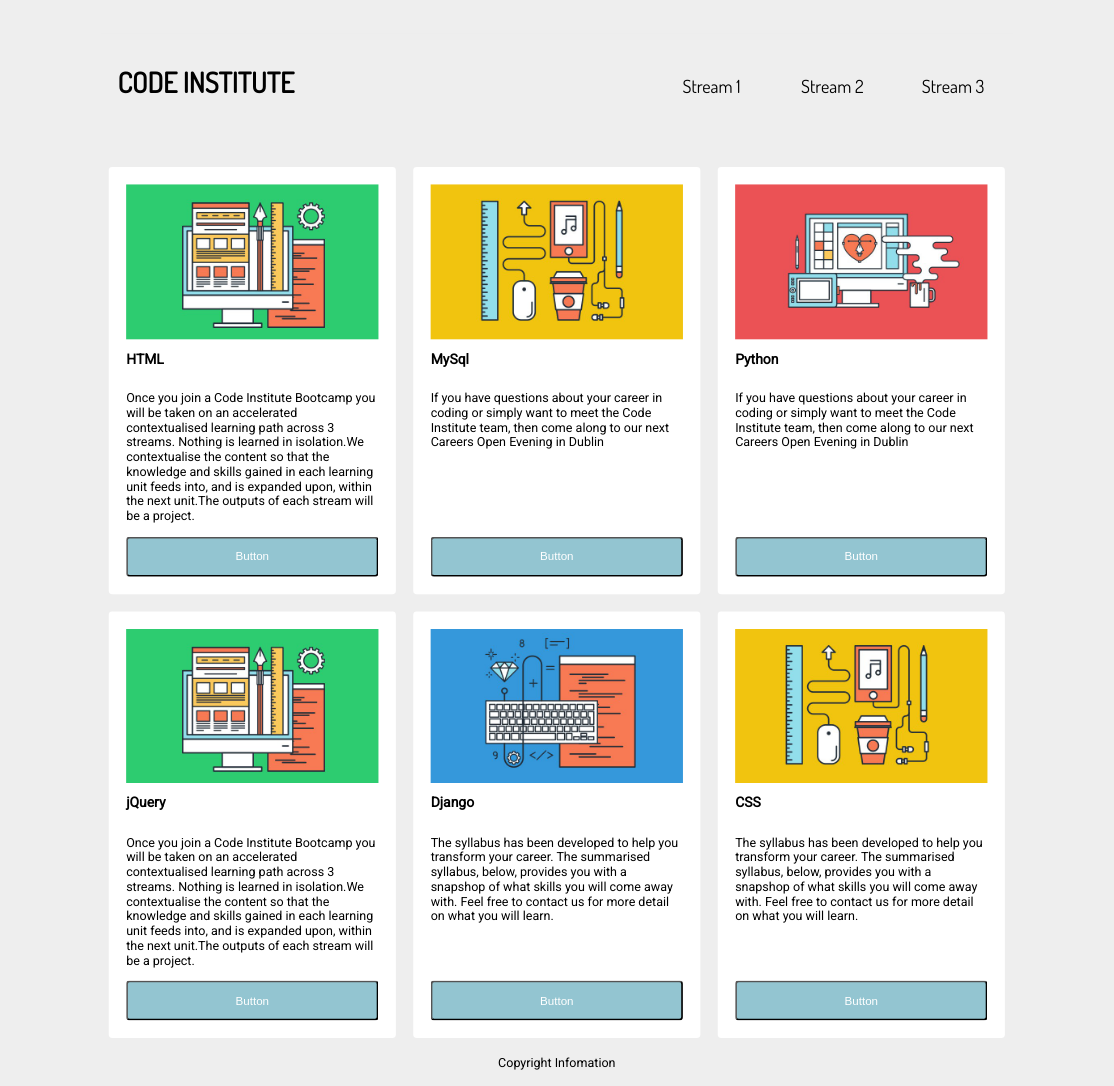
Repository: laurence100795/JQuery-Basics
Page: cards.html
The author's editor kept a record of every edit. The page is drawn from the files as they stood at one moment, then again after the next edit.
The browser window is 1280 px wide. The pictures show the whole page, at 87% of full size.
Some web libraries are served in a nearby version.

Above is the page before.

### cards.html
<!DOCTYPE html>
<html lang="en">

<head>
	<meta charset="UTF-8">
	<meta name="viewport" content="width=device-width, initial-scale=1">
	<title>jQuery</title>
	<link href="style.css" rel="stylesheet">
	<link href='https://fonts.googleapis.com/css?family=Roboto' rel='stylesheet' type='text/css'>
	<link href='https://fonts.googleapis.com/css?family=Dosis' rel='stylesheet' type='text/css'>
</head>

<body>
	<div id="container">
		<nav>
			<ul>
				<li id="logoNav">CODE INSTITUTE</li>
				<li id="stream1" class="stream-nav">Stream 1</li>
				<li id="stream2" class="stream-nav">Stream 2</li>
				<li id="stream3" class="stream-nav">Stream 3</li>
			</ul>
		</nav>
		<div class="card stream1-card">
			<img class="card_image" src="img/3.png" alt="coding icon">
			<div class="card_bottom">
				<h2 id="hl_html" class="card_head">HTML</h2>
				<p class="card_para">Once you join a Code Institute Bootcamp you will be taken on an accelerated contextualised learning path across 3 streams. Nothing is learned in isolation.We contextualise the content so that the knowledge and skills gained in each learning unit feeds
					into, and is expanded upon, within the next unit.The outputs of each stream will be a project. </p>
				<button id="first_button" class="bottom_button">Button</button>
			</div>
		</div>
		<div class="card stream3-card">
			<img class="card_image" src="img/1.png" alt="coding icon">
			<h2 id="hl_mysql" class="card_head">MySql</h2>
			<p id="second_para"class="card_para">If you have questions about your career in coding or simply want to meet the Code Institute team, then come along to our next Careers Open Evening in Dublin</p>
			<button id="second_button" class="bottom_button">Button</button>
		</div>

		<div class="card stream2-card">
			<img class="card_image" src="img/2.png" alt="coding icon">
			<h2 id="hl_python" class="card_head">Python</h2>
			<p id="third_para" class="card_para">If you have questions about your career in coding or simply want to meet the Code Institute team, then come along to our next Careers Open Evening in Dublin</p>
			<button id="third_button" class="bottom_button">Button</button>
		</div>
		<div class="card stream1-card">
			<img class="card_image" src="img/3.png" alt="coding icon">
			<div class="card_bottom">
				<h2 id="hl_jquery" class="card_head">jQuery</h2>
				<p id="fourth_para"class="card_para">Once you join a Code Institute Bootcamp you will be taken on an accelerated contextualised learning path across 3 streams. Nothing is learned in isolation.We contextualise the content so that the knowledge and skills gained in each learning unit feeds
					into, and is expanded upon, within the next unit.The outputs of each stream will be a project. </p>
				<button id="fourth_button" class="bottom_button">Button</button>
			</div>
		</div>
		<div class="card stream3-card">
			<img class="card_image" src="img/4.png" alt="coding icon">
			<h2 id="hl_django" class="card_head">Django</h2>
			<p class="card_para">The syllabus has been developed to help you transform your career. The summarised syllabus, below, provides you with a snapshop of what skills you will come away with. Feel free to contact us for more detail on what you will learn.</p>
			<button href="" class="bottom_button">Button</button>
		</div>
		<div class="card stream1-card">
			<img class="card_image" src="img/1.png" alt="coding icon">
			<h2 id="hl_css" class="card_head">CSS</h2>
			<p class="card_para">The syllabus has been developed to help you transform your career. The summarised syllabus, below, provides you with a snapshop of what skills you will come away with. Feel free to contact us for more detail on what you will learn.</p>
			<button href="" class="bottom_button">Button</button>
		</div>
		<div id="my_footer">
			<p id="copyright">Copyright Infomation</p>
		</div>
	</div>
	<script src="https://code.jquery.com/jquery-3.2.1.js" integrity="sha256-DZAnKJ/6XZ9si04Hgrsxu/8s717jcIzLy3oi35EouyE=" crossorigin="anonymous"></script>
	<script src="script.js"></script>
	<!-- Scripts located at the bottom of the body to insure page is fully loaded before execution -->

</body>

</html>

### style.css
body {
	font-family: 'Roboto', sans-serif;
	/*background-image: url(img/code-institute.jpg);
 	background-size: cover;
 	color: #ffffff;*/
 	background-color: #eee;
}

h1{
	font-size: 3em;
	text-align: center;
}

h2 {
	font-size: 1em;
	text-align: left;
}

p {
	font-size: .9rem;
}

div {
	border-radius: 4px;
}

.card_image {
	width: 100%;
}

.bottom_button {
	display: flex;
	box-sizing:border-box;
	border-radius: 4px;
	display: block;
	width: 100%;
	background-color:rgba(129, 187, 201,.85);
	text-align: center;
	padding: 1em .75em;
	text-decoration: none;
	color: #fff;
}

.card_bottom {
	display: flex;
	flex-flow:column;
}

.card_head {
	flex:0;
}

.card_para {
	flex:1 0 auto;
}

#container {
	display: flex;		/* makes container a flexbox*/
	flex-flow: row wrap; 	/* layout the boxes in rows and wrap them*/
	box-sizing:border-box;
	margin-right:auto;
	margin-left:auto;
	max-width:1050px;
}

#logo {
	width: 800px;
	margin: auto;
}

.card {
	flex:1; /* */
	display: flex;	/* make the contents controllable by flexbox*/
	flex-flow:column;	/* */
	min-width: 240px; /**/
	margin: 10px;
	padding: 20px;
	background-color: #fff;
}

.highlight_stream {
	background-color: #EB5255;
}

.highlight_blue {
	color: lightblue;
}

.background_black{
	color: black;
}
#my_footer {
	width:100%;
	text-align: center;
}

#copyright {
	margin-top:10px;
	margin-bottom:10px;
}

/*************************
Navigation
**************************/

nav {
	font-family: roboto;
	background-color: #eee;
	margin: 30px auto;
	width: 100%;
}

ul {
	display: flex;
	justify-content:space-between;
	flex-flow: row;
	/*flex-flow: row-reverse;*/
	/*justify-content:flex-end;*/
	/*justify-content:space-around;*/
	/*align-items:flex-start;*/
	align-items:baseline;
	border-radius: 10px;
	list-style-type: none; /*Remove Bullets*/
	padding: 0;
}

li {
	flex:1;
	height: 30px;
	/*width:10%;*/
	/*border:2px solid #000;*/
	/*background-color: #81BBC9;*/
	/*border-radius: 10px;*/
	font-family: Dosis;
	padding:20px 20px 20px 20px;
	text-align: center;
	font-size: 1.3em;
}

#logoNav {
	flex:6;
	text-align: left;
	font-size: 2em;
	font-weight: bold;
}

.underline {
    text-decoration:underline;
}

.border {
    border: solid 5px #ccc;
}

@media screen and (max-width: 700px) {
	ul {
		flex-flow: column;
		align-items:center;
    }

	li {
		font-size: 2em;
	}
}

### script.js
$(document).ready(function() {
    /*$("#stream1_btn").mouseenter(function() {
        $(".stream1").removeClass('highlight_stream');
        $(".stream2").removeClass('highlight_stream');
        $(".stream3").removeClass('highlight_stream');
        $(".stream1").addClass('highlight_stream');
    });
    $("#stream2_btn").click(function() {
        $(".stream1").removeClass('highlight_stream');
        $(".stream2").removeClass('highlight_stream');
        $(".stream3").removeClass('highlight_stream');
        $(".stream2").addClass('highlight_stream');
    });
    $("#stream3_btn").on("click", function() {
        $(".stream1").removeClass('highlight_stream');
        $(".stream2").removeClass('highlight_stream');
        $(".stream3").removeClass('highlight_stream');
        $(".stream3").addClass('highlight_stream');
    });*/
    $("p").mouseenter(function() {
        $(".card_para").addClass("highlight_stream")
    });
    $("p").mouseleave(function() {
        $(".card_para").removeClass("highlight_stream")
    });
    $("#hl_html").hover(function() {
        $("#hl_mysql").removeClass("highlight_blue")
        $("#hl_python").removeClass("highlight_blue")
        $("#hl_css").removeClass("highlight_blue")
        $("#hl_django").removeClass("highlight_blue")
        $("#hl_jquery").removeClass("highlight_blue")
        $("#hl_html").addClass("highlight_blue")
    });
    $("#hl_mysql").hover(function() {
        $("#hl_html").removeClass("highlight_blue")
        $("#hl_python").removeClass("highlight_blue")
        $("#hl_css").removeClass("highlight_blue")
        $("#hl_django").removeClass("highlight_blue")
        $("#hl_jquery").removeClass("highlight_blue")
        $("#hl_mysql").addClass("highlight_blue")
    });
    $("#hl_python").hover(function() {
        $("#hl_html").removeClass("highlight_blue")
        $("#hl_mysql").removeClass("highlight_blue")
        $("#hl_css").removeClass("highlight_blue")
        $("#hl_django").removeClass("highlight_blue")
        $("#hl_jquery").removeClass("highlight_blue")
        $("#hl_python").addClass("highlight_blue")
    });
    $("#hl_css").hover(function() {
        $("#hl_html").removeClass("highlight_blue")
        $("#hl_mysql").removeClass("highlight_blue")
        $("#hl_python").removeClass("highlight_blue")
        $("#hl_django").removeClass("highlight_blue")
        $("#hl_jquery").removeClass("highlight_blue")
        $("#hl_css").addClass("highlight_blue")
    });
    $("#hl_django").hover(function() {
        $("#hl_html").removeClass("highlight_blue")
        $("#hl_mysql").removeClass("highlight_blue")
        $("#hl_python").removeClass("highlight_blue")
        $("#hl_css").removeClass("highlight_blue")
        $("#hl_jquery").removeClass("highlight_blue")
        $("#hl_django").addClass("highlight_blue")
    });
    $("#hl_jquery").hover(function() {
        $("#hl_html").removeClass("highlight_blue")
        $("#hl_mysql").removeClass("highlight_blue")
        $("#hl_python").removeClass("highlight_blue")
        $("#hl_css").removeClass("highlight_blue")
        $("#hl_django").removeClass("highlight_blue")
        $("#hl_jquery").addClass("highlight_blue")
    });
    $(".bottom_button").mouseenter(function() {
        $("body").css("background-color", "black")
    });
    $(".bottom_button").mouseleave(function() {
        $("body").css("background-color", "#eee123")
    });
    $("#first_button").click(function() {
        $("#first_button").hide("slow");
    });
    $("#second_button").click(function() {
        $("#second_para").toggle("slow");
    });
    $("#third_button").click(function() {
        $("#third_para").slideToggle("slow");
    });
    $("#fourth_button").mouseenter(function() {
        $("#fourth_button").fadeTo(1000, 0.5);
    });
    $("#fourth_button").mouseleave(function() {
        $("#fourth_button").fadeTo(1000, 1);
    });
});

After the next edit:
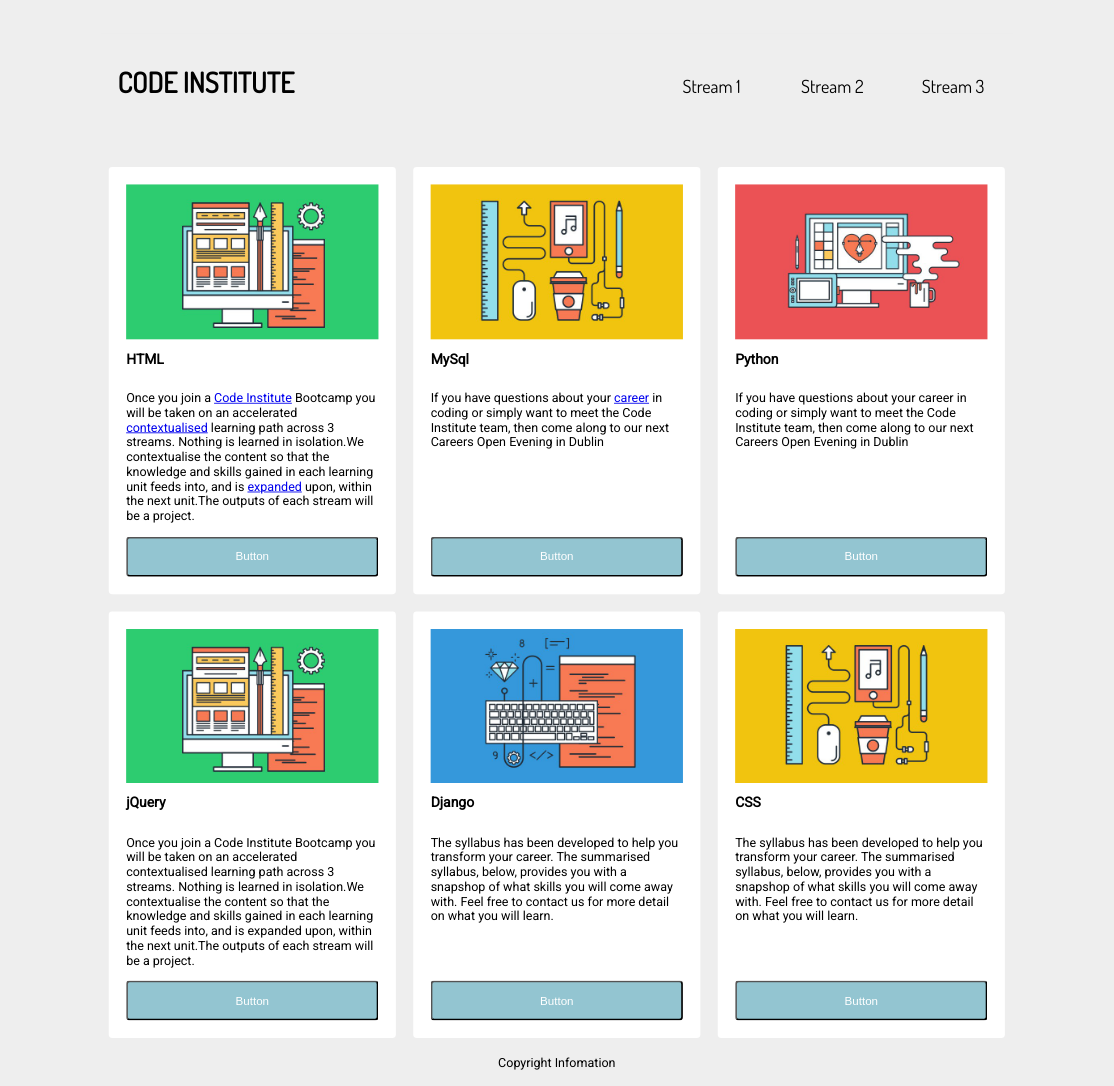
The edit:
--- a/cards.html
+++ b/cards.html
@@ -24,15 +24,15 @@
 			<img class="card_image" src="img/3.png" alt="coding icon">
 			<div class="card_bottom">
 				<h2 id="hl_html" class="card_head">HTML</h2>
-				<p class="card_para">Once you join a Code Institute Bootcamp you will be taken on an accelerated contextualised learning path across 3 streams. Nothing is learned in isolation.We contextualise the content so that the knowledge and skills gained in each learning unit feeds
-					into, and is expanded upon, within the next unit.The outputs of each stream will be a project. </p>
+				<p class="card_para">Once you join a <a href="#">Code Institute</a> Bootcamp you will be taken on an accelerated <a href="#">contextualised</a> learning path across 3 streams. Nothing is learned in isolation.We contextualise the content so that the knowledge and skills
+					gained in each learning unit feeds into, and is <a href="#">expanded</a> upon, within the next unit.The outputs of each stream will be a project. </p>
 				<button id="first_button" class="bottom_button">Button</button>
 			</div>
 		</div>
 		<div class="card stream3-card">
 			<img class="card_image" src="img/1.png" alt="coding icon">
 			<h2 id="hl_mysql" class="card_head">MySql</h2>
-			<p id="second_para"class="card_para">If you have questions about your career in coding or simply want to meet the Code Institute team, then come along to our next Careers Open Evening in Dublin</p>
+			<p id="second_para" class="card_para">If you have questions about your <a href="#">career</a> in coding or simply want to meet the Code Institute team, then come along to our next Careers Open Evening in Dublin</p>
 			<button id="second_button" class="bottom_button">Button</button>
 		</div>
 
@@ -46,7 +46,7 @@
 			<img class="card_image" src="img/3.png" alt="coding icon">
 			<div class="card_bottom">
 				<h2 id="hl_jquery" class="card_head">jQuery</h2>
-				<p id="fourth_para"class="card_para">Once you join a Code Institute Bootcamp you will be taken on an accelerated contextualised learning path across 3 streams. Nothing is learned in isolation.We contextualise the content so that the knowledge and skills gained in each learning unit feeds
+				<p id="fourth_para" class="card_para">Once you join a Code Institute Bootcamp you will be taken on an accelerated contextualised learning path across 3 streams. Nothing is learned in isolation.We contextualise the content so that the knowledge and skills gained in each learning unit feeds
 					into, and is expanded upon, within the next unit.The outputs of each stream will be a project. </p>
 				<button id="fourth_button" class="bottom_button">Button</button>
 			</div>
